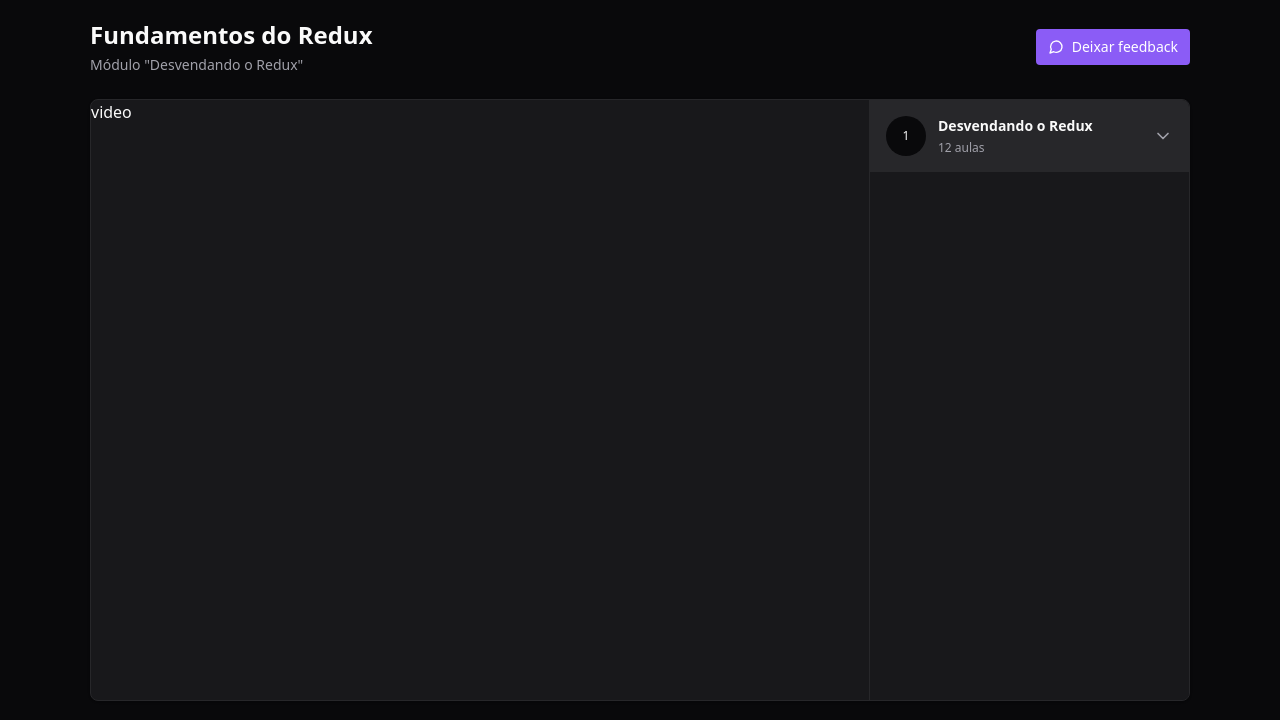
Repository: guilhermecardoso93/react-redux-zustand
Page: /
An editor plug-in stored every save of this project. The page is shown before and after the next save, followed by the edit.
The browser window is 1280 px wide. The pictures show the whole page.
The project was rebuilt for these pictures with package versions that can differ from the ones it lists, and the page was loaded fresh each time. Also part of the build but not shown: vite.config.ts.

Above is the page before, as saved 2023-06-28 20:02:59.

### src/main.tsx
import React from 'react'
import ReactDOM from 'react-dom/client'
import { App } from './App.tsx'

import './styles/global.css'

ReactDOM.createRoot(document.getElementById('root') as HTMLElement).render(
  <React.StrictMode>
    <App />
  </React.StrictMode>,
)

### src/App.tsx
import { Provider as ReduxProvider } from "react-redux";
import { store } from "./store";
import { Player } from "./pages/Player";

export function App() {

  return (
    <ReduxProvider store={store}>
      <Player />
    </ReduxProvider>
  )
}

### src/store/index.ts
import { configureStore, createSlice } from "@reduxjs/toolkit";
import { TypedUseSelectorHook, useSelector } from "react-redux";

export const store = configureStore({
  reducer: {},
});

export type RootState = ReturnType<typeof store.getState>;
export const useAppSelector: TypedUseSelectorHook<RootState> = useSelector;

### src/pages/Player.tsx
import { ChevronDown, MessageCircle } from "lucide-react";

export function Player() {
  return (
    <div className="h-screen bg-zinc-950 text-zinc-50 flex justify-center items-center">
      <div className="flex w-[1100px] flex-col gap-6">
        <div className="flex items-center justify-between">
          {/* Header */}
          <div className="flex flex-col gap-1">
            <h1 className="text-2xl font-bold">Fundamentos do Redux</h1>
            <span className="text-sm text-zinc-400">
              Módulo "Desvendando o Redux"
            </span>
          </div>

          <button className="flex items-center gap-2 rounded bg-violet-500 px-3 py-2 text-sm font-medium text-white hover:bg-violet-600">
            <MessageCircle className="w-4 h-4" />
            Deixar feedback
          </button>
        </div>

        <main className="relative flex overflow-hidden rounded-lg border border-zinc-800 bg-zinc-900 shadow">
          <div className="flex-1">video</div>
          <aside className="w-80 border-l border-zinc-800 bg-zinc-900 h-[600px]">
            <div>
              <button className="flex w-full items-center gap-3 bg-zinc-800 p-4">
                <div className="flex h-10 w-10 rounded-full items-center justify-center bg-zinc-950 text-xs">
                  1
                </div>
                <div className="flex flex-col gap-1 text-left">
                  <strong className="text-sm">Desvendando o Redux</strong>
                  <span className="text-xs text-zinc-400">12 aulas</span>
                </div>

                <ChevronDown className="w-5 h-5 ml-auto text-zinc-400" />
              </button>
              <nav className="relative flex flex-col gap-4 p-6">

              </nav>
            </div>
          </aside>
        </main>
      </div>
    </div>
  );
}

### tailwind.config.js
/** @type {import('tailwindcss').Config} */
export default {
  content: [
    './src/**/*.tsx',
  ],
  theme: {
    extend: {},
  },
  plugins: [],
}

Loaded but not shown: src/styles/global.css (common file)

After the next save:
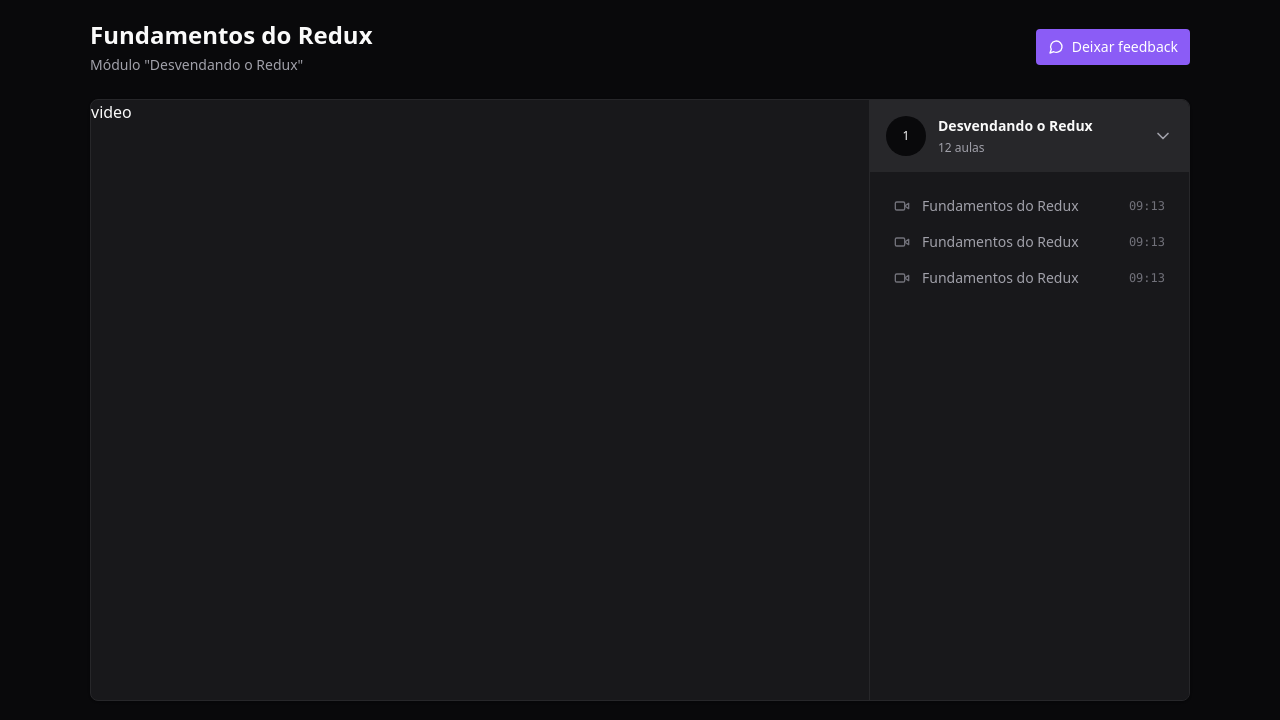
Saved 2 min 8 s later.
--- a/src/pages/Player.tsx
+++ b/src/pages/Player.tsx
@@ -1,4 +1,4 @@
-import { ChevronDown, MessageCircle } from "lucide-react";
+import { ChevronDown, MessageCircle, Video } from "lucide-react";
 
 export function Player() {
   return (
@@ -35,7 +35,23 @@
                 <ChevronDown className="w-5 h-5 ml-auto text-zinc-400" />
               </button>
               <nav className="relative flex flex-col gap-4 p-6">
+                <button className="flex items-center gap-3 text-sm text-zinc-400">
+                  <Video className="w-4 h-4 text-zinc-500" />
+                  <span>Fundamentos do Redux</span>
+                  <span className="ml-auto font-mono text-xs text-zinc-500">09:13</span>
+                </button>
 
+                <button className="flex items-center gap-3 text-sm text-zinc-400">
+                  <Video className="w-4 h-4 text-zinc-500" />
+                  <span>Fundamentos do Redux</span>
+                  <span className="ml-auto font-mono text-xs text-zinc-500">09:13</span>
+                </button>
+
+                <button className="flex items-center gap-3 text-sm text-zinc-400">
+                  <Video className="w-4 h-4 text-zinc-500" />
+                  <span>Fundamentos do Redux</span>
+                  <span className="ml-auto font-mono text-xs text-zinc-500">09:13</span>
+                </button>
               </nav>
             </div>
           </aside>
